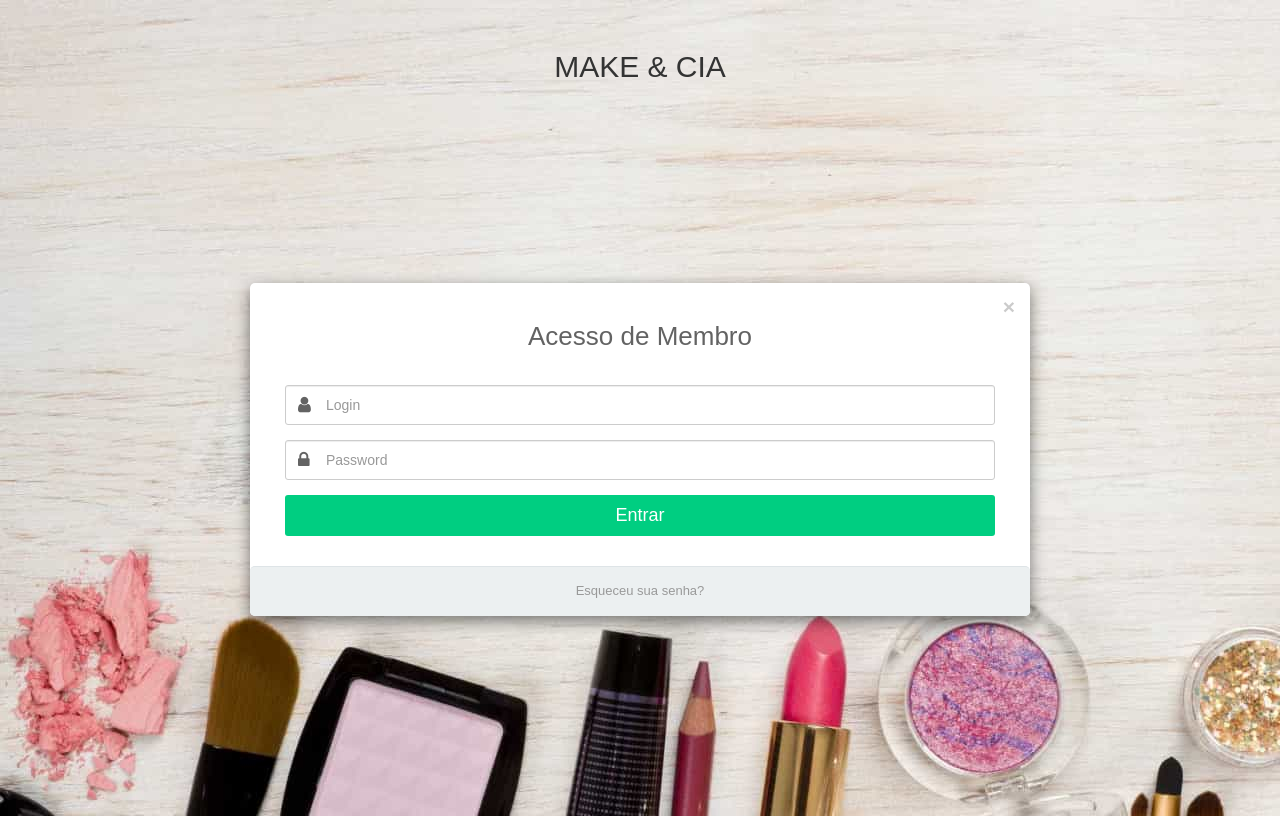
Repository: thuliobarbosa/Make_and_Cia
Page: Projeto_Make&Cia/MakeAndCia/WebContent/www/login.html
An editor plug-in stored every save of this project. The page is shown before and after the next save, followed by the edit.
The browser window is 1280 px wide. The pictures show the whole page.
Some web fonts or font styles are not loaded; a fallback is used.

Above is the page before, as saved 2020-11-10 20:07:52.

After the next save:
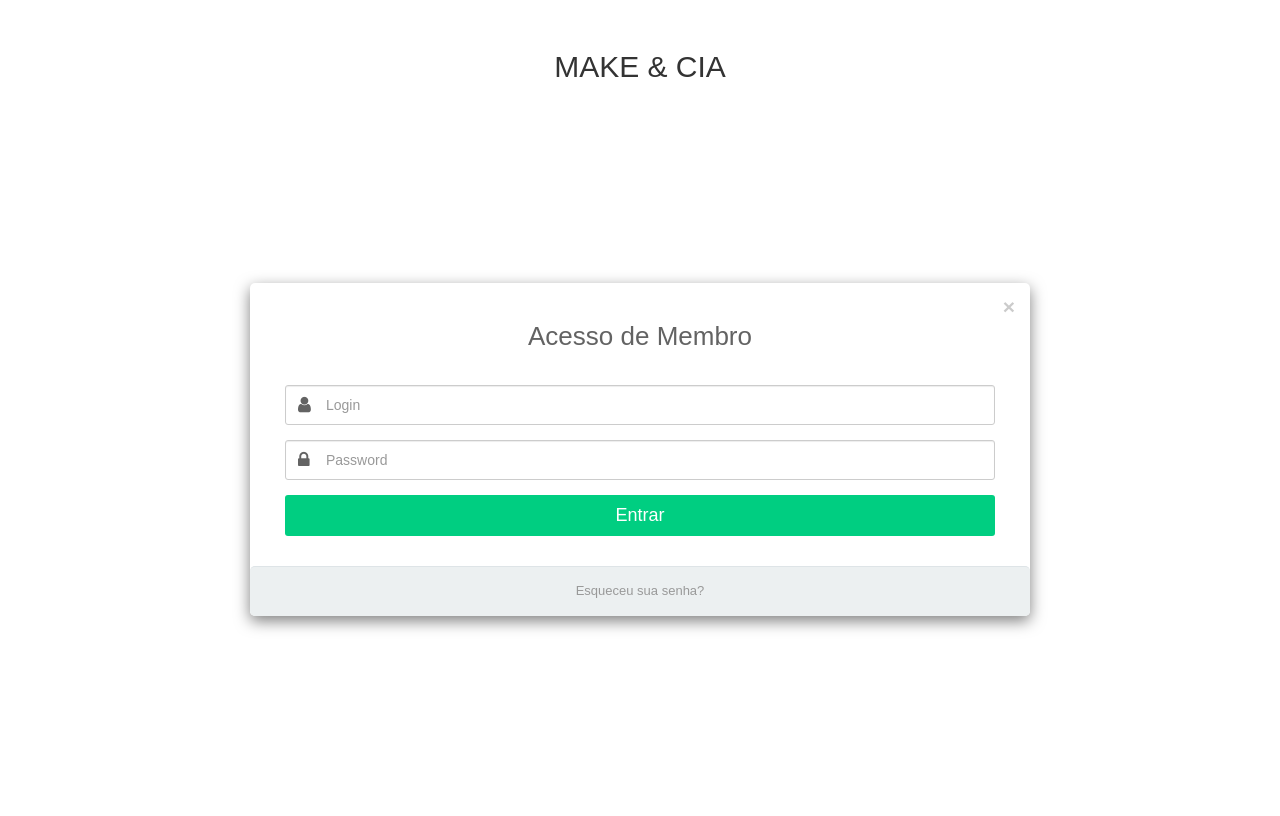
Saved 2 min 56 s later.
--- a/Projeto_Make&Cia/MakeAndCia/WebContent/www/login.html
+++ b/Projeto_Make&Cia/MakeAndCia/WebContent/www/login.html
@@ -13,7 +13,7 @@
 <style>
     body {
 		font-family: 'Varela Round', sans-serif;
-		background-image: url("dist/img/make2.jpg")
+		//background-image: url("dist/img/make2.jpg")
 	}
 	.title {
 		font-family: 'Varela Round', sans-serif;
